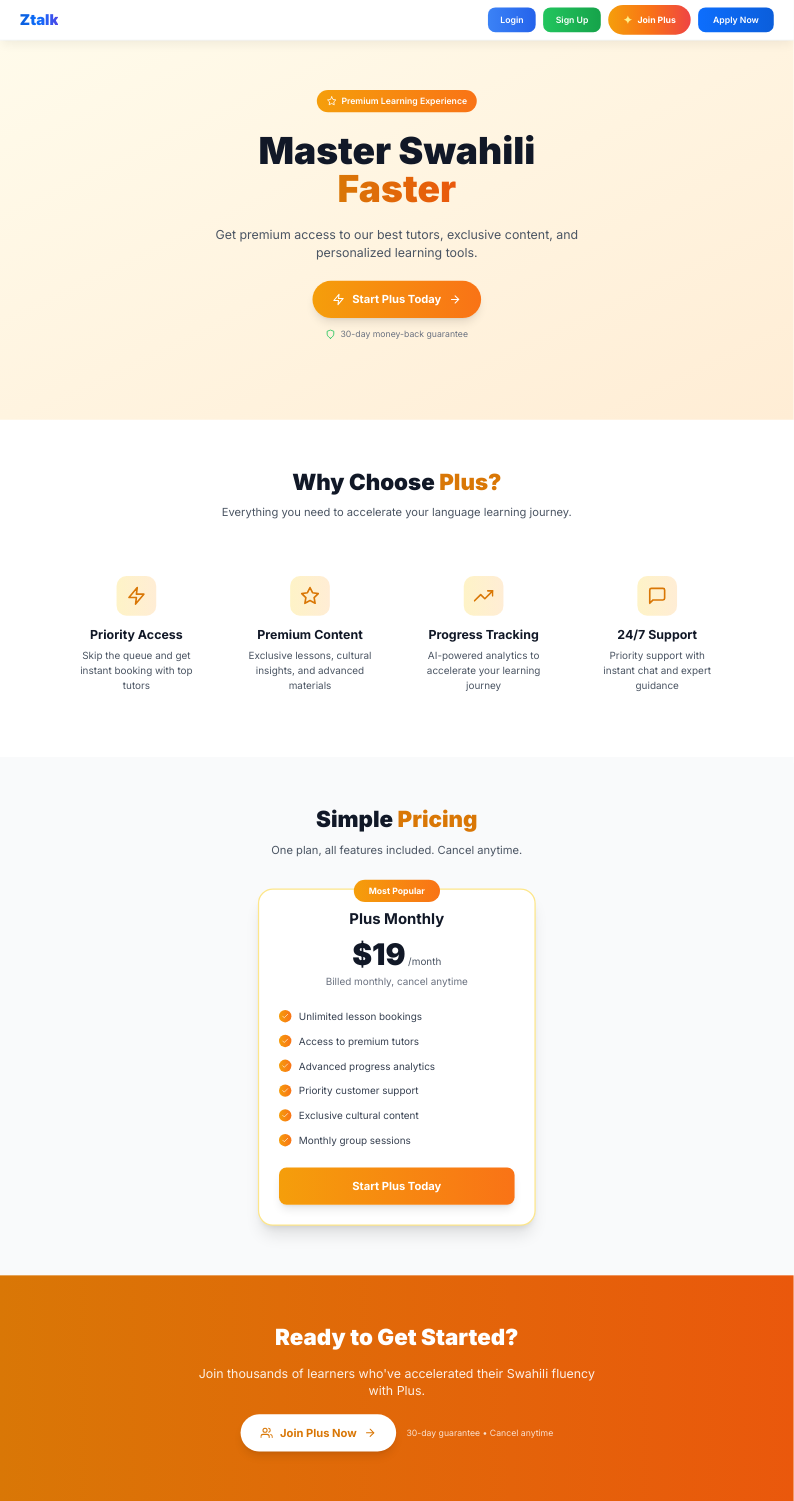
Repository: Eyub-Abdi/Ztalk
Page: /join-plus
The author's editor kept a copy of each file at every save. The page is drawn from the files as they stood at one save, then again after a run of saves.
The browser window is 1280 px wide. The pictures show the whole page, at 62% of full size.
The page's requests for data from a server got no answer. The project was rebuilt for these pictures with package versions that can differ from the ones it lists, and the page was loaded fresh each time. No one was signed in, and anything a server would have sent is missing. Also part of the build but not shown: vite.config.ts, src/pages/Terms.tsx, src/pages/Privacy.tsx, src/pages/LessonsDemo.tsx, src/pages/BecomeTeacher.tsx, src/components/Spinner.tsx, src/features/tutor-application/api/useApplicationDraft.ts, src/features/tutor-application/api/useTeachableLanguages.ts and 23 more. Imported but missing from the stored project, and not drawn on this page: src/features/lessons/api/useBookingReschedule, src/features/lessons/api/useLessons.

Above is the page before, as saved 2025-12-22 21:00:25.

### index.html
<!DOCTYPE html>
<html lang="en">
  <head>
    <meta charset="UTF-8" />
    <meta name="viewport" content="width=device-width, initial-scale=1.0" />
    <meta
      name="description"
      content="Learn Swahili with real tutors: 1-on-1 lessons, group classes, and free practice."
    />
    <meta name="theme-color" content="#0d6efd" />
    <link rel="icon" type="image/svg+xml" href="/favicon.svg" />
    <link rel="manifest" href="/site.webmanifest" />
    <link rel="preconnect" href="https://fonts.googleapis.com" />
    <link rel="preconnect" href="https://fonts.gstatic.com" crossorigin />
    <link
      href="https://fonts.googleapis.com/css2?family=Inter:wght@400;500;600;700;800;900&display=swap"
      rel="stylesheet"
    />
    <title>Ztalk – Learn Swahili Confidently</title>
  </head>
  <body>
    <div id="root"></div>
    <script type="module" src="/src/main.tsx"></script>
  </body>
</html>

### src/main.tsx
import { AuthModalProvider } from "./features/auth/AuthModalProvider";
import React from "react";
import ReactDOM from "react-dom/client";
import { QueryClientProvider } from "@tanstack/react-query";
import { BrowserRouter } from "react-router-dom";
import { App } from "./App";
import { ErrorBoundary } from "./ErrorBoundary";
import { queryClient } from "@lib/http";
import { AuthProvider } from "./features/auth/AuthProvider";
import "./index.css";

ReactDOM.createRoot(document.getElementById("root") as HTMLElement).render(
  <React.StrictMode>
    <QueryClientProvider client={queryClient}>
      <BrowserRouter>
        <AuthProvider>
          <AuthModalProvider>
            <ErrorBoundary>
              <App />
            </ErrorBoundary>
          </AuthModalProvider>
        </AuthProvider>
      </BrowserRouter>
    </QueryClientProvider>
  </React.StrictMode>
);

### src/features/auth/AuthModalProvider.tsx
import { createContext, useCallback, useContext, useState } from "react";

type AuthView = "login" | "signup";

interface AuthModalContextValue {
  isOpen: boolean;
  view: AuthView;
  openLogin: () => void;
  openSignup: () => void;
  close: () => void;
  verifiedEmail: string | null;
  setVerifiedEmail: (email: string | null) => void;
}

const AuthModalContext = createContext<AuthModalContextValue | undefined>(
  undefined
);

export function AuthModalProvider({ children }: { children: React.ReactNode }) {
  const [isOpen, setIsOpen] = useState(false);
  const [view, setView] = useState<AuthView>("login");
  const [verifiedEmail, setVerifiedEmailState] = useState<string | null>(null);

  const openLogin = useCallback(() => {
    setView("login");
    setIsOpen(true);
  }, []);
  const openSignup = useCallback(() => {
    setView("signup");
    setIsOpen(true);
  }, []);
  const close = useCallback(() => setIsOpen(false), []);
  const setVerifiedEmail = useCallback((email: string | null) => {
    setVerifiedEmailState(email);
  }, []);

  return (
    <AuthModalContext.Provider
      value={{
        isOpen,
        view,
        openLogin,
        openSignup,
        close,
        verifiedEmail,
        setVerifiedEmail,
      }}
    >
      {children}
    </AuthModalContext.Provider>
  );
}

export function useAuthModal() {
  const ctx = useContext(AuthModalContext);
  if (!ctx)
    throw new Error("useAuthModal must be used within AuthModalProvider");
  return ctx;
}

### src/lib/http.ts
import { QueryClient } from "@tanstack/react-query";
import axios from "axios";

// API base URL (includes /api as requested)
export const API_BASE_URL = "https://88c787f44fd1.ngrok-free.app/api";

export async function http<T>(
  path: string,
  options: RequestInit = {}
): Promise<T> {
  `
  `;
  try {
    const response = await axios({
      url: `${API_BASE_URL}${path}`,
      method: options.method || "GET",
      headers: {
        "Content-Type": "application/json",
        Accept: "application/json",
        // Bypass ngrok browser warning interstitial
        "ngrok-skip-browser-warning": "true",
        ...(options.headers || {}),
      },
      data: options.body,
    });
    return response.data as T;
  } catch (error: any) {
    // Basic error shape normalization
    const message =
      error.response?.data?.message ||
      JSON.stringify(error.response?.data) ||
      error.message;
    throw new Error(message);
  }
}

export const queryClient = new QueryClient();

### src/pages/JoinPlus.tsx
import { motion } from "framer-motion";
import {
  FiStar,
  FiZap,
  FiCheck,
  FiArrowRight,
  FiShield,
  FiUsers,
  FiTrendingUp,
  FiMessageSquare,
} from "react-icons/fi";

const features = [
  {
    icon: FiZap,
    title: "Priority Access",
    description: "Skip the queue and get instant booking with top tutors",
  },
  {
    icon: FiStar,
    title: "Premium Content",
    description: "Exclusive lessons, cultural insights, and advanced materials",
  },
  {
    icon: FiTrendingUp,
    title: "Progress Tracking",
    description: "AI-powered analytics to accelerate your learning journey",
  },
  {
    icon: FiMessageSquare,
    title: "24/7 Support",
    description: "Priority support with instant chat and expert guidance",
  },
];

const benefits = [
  "Unlimited lesson bookings",
  "Access to premium tutors",
  "Advanced progress analytics",
  "Priority customer support",
  "Exclusive cultural content",
  "Monthly group sessions",
];

export default function JoinPlusPage() {
  return (
    <div className="min-h-screen bg-white">
      {/* Hero Section */}
      <div className="relative pt-20 pb-32 bg-gradient-to-br from-amber-50 to-orange-100">
        <div className="container mx-auto px-4 sm:px-6 lg:px-8 max-w-6xl">
          <div className="text-center space-y-8">
            <motion.div
              initial={{ opacity: 0, y: 20 }}
              animate={{ opacity: 1, y: 0 }}
              transition={{ duration: 0.6 }}
              className="inline-flex items-center gap-2 px-4 py-2 bg-gradient-to-r from-amber-500 to-orange-500 text-white rounded-full text-sm font-semibold"
            >
              <FiStar className="w-4 h-4" />
              Premium Learning Experience
            </motion.div>

            <motion.h1
              initial={{ opacity: 0, y: 20 }}
              animate={{ opacity: 1, y: 0 }}
              transition={{ duration: 0.6, delay: 0.1 }}
              className="text-4xl md:text-6xl font-black text-gray-900 leading-tight"
            >
              Master Swahili
              <br />
              <span className="bg-gradient-to-r from-amber-600 to-orange-600 bg-clip-text text-transparent">
                Faster
              </span>
            </motion.h1>

            <motion.p
              initial={{ opacity: 0, y: 20 }}
              animate={{ opacity: 1, y: 0 }}
              transition={{ duration: 0.6, delay: 0.2 }}
              className="text-xl text-gray-600 max-w-2xl mx-auto"
            >
              Get premium access to our best tutors, exclusive content, and personalized learning tools.
            </motion.p>

            <motion.div
              initial={{ opacity: 0, y: 20 }}
              animate={{ opacity: 1, y: 0 }}
              transition={{ duration: 0.6, delay: 0.3 }}
              className="space-y-4"
            >
              <button className="px-8 py-4 text-lg font-bold text-white bg-gradient-to-r from-amber-500 to-orange-500 rounded-full hover:-translate-y-1 transform transition-all duration-300 shadow-lg flex items-center gap-3 mx-auto">
                <FiZap className="w-5 h-5" />
                Start Plus Today
                <FiArrowRight className="w-5 h-5" />
              </button>
              <p className="text-sm text-gray-500 flex items-center justify-center gap-2">
                <FiShield className="w-4 h-4 text-green-500" />
                30-day money-back guarantee
              </p>
            </motion.div>
          </div>
        </div>
      </div>

      {/* Features */}
      <div className="py-20 bg-white">
        <div className="container mx-auto px-4 sm:px-6 lg:px-8 max-w-6xl">
          <div className="text-center mb-16">
            <h2 className="text-3xl md:text-4xl font-black text-gray-900 mb-4">
              Why Choose <span className="text-amber-600">Plus?</span>
            </h2>
            <p className="text-lg text-gray-600 max-w-2xl mx-auto">
              Everything you need to accelerate your language learning journey.
            </p>
          </div>

          <div className="grid md:grid-cols-2 lg:grid-cols-4 gap-8">
            {features.map((feature, index) => {
              const Icon = feature.icon;
              return (
                <motion.div
                  key={feature.title}
                  initial={{ opacity: 0, y: 30 }}
                  whileInView={{ opacity: 1, y: 0 }}
                  transition={{ duration: 0.6, delay: index * 0.1 }}
                  viewport={{ once: true }}
                  className="text-center p-6 rounded-2xl hover:bg-gray-50 transition-colors duration-300"
                >
                  <div className="w-16 h-16 bg-gradient-to-r from-amber-100 to-orange-100 rounded-2xl flex items-center justify-center mx-auto mb-4">
                    <Icon className="w-8 h-8 text-amber-600" />
                  </div>
                  <h3 className="text-xl font-bold text-gray-900 mb-2">{feature.title}</h3>
                  <p className="text-gray-600">{feature.description}</p>
                </motion.div>
              );
            })}
          </div>
        </div>
      </div>

      {/* Pricing */}
      <div className="py-20 bg-gray-50">
        <div className="container mx-auto px-4 sm:px-6 lg:px-8 max-w-4xl">
          <div className="text-center mb-12">
            <h2 className="text-3xl md:text-4xl font-black text-gray-900 mb-4">
              Simple <span className="text-amber-600">Pricing</span>
            </h2>
            <p className="text-lg text-gray-600">
              One plan, all features included. Cancel anytime.
            </p>
          </div>

          <motion.div
            initial={{ opacity: 0, y: 30 }}
            whileInView={{ opacity: 1, y: 0 }}
            transition={{ duration: 0.6 }}
            viewport={{ once: true }}
            className="max-w-md mx-auto"
          >
            <div className="relative p-8 bg-white rounded-3xl shadow-xl border-2 border-amber-200">
              <div className="absolute -top-4 left-1/2 transform -translate-x-1/2">
                <div className="px-6 py-2 bg-gradient-to-r from-amber-500 to-orange-500 text-white text-sm font-bold rounded-full">
                  Most Popular
                </div>
              </div>

              <div className="text-center mb-8">
                <h3 className="text-2xl font-bold text-gray-900 mb-4">Plus Monthly</h3>
                <div className="flex items-baseline justify-center gap-1">
                  <span className="text-5xl font-black text-gray-900">$19</span>
                  <span className="text-gray-600">/month</span>
                </div>
                <p className="text-gray-500 mt-2">Billed monthly, cancel anytime</p>
              </div>

              <div className="space-y-4 mb-8">
                {benefits.map((benefit, index) => (
                  <div key={index} className="flex items-center gap-3">
                    <div className="w-5 h-5 bg-gradient-to-r from-amber-500 to-orange-500 rounded-full flex items-center justify-center flex-shrink-0">
                      <FiCheck className="w-3 h-3 text-white" />
                    </div>
                    <span className="text-gray-700">{benefit}</span>
                  </div>
                ))}
              </div>

              <button className="w-full py-4 text-lg font-bold text-white bg-gradient-to-r from-amber-500 to-orange-500 rounded-xl hover:-translate-y-1 transform transition-all duration-300 shadow-lg">
                Start Plus Today
              </button>
            </div>
          </motion.div>
        </div>
      </div>

      {/* CTA */}
      <div className="py-20 bg-gradient-to-r from-amber-600 to-orange-600">
        <div className="container mx-auto px-4 sm:px-6 lg:px-8 max-w-4xl">
          <div className="text-center space-y-6">
            <h2 className="text-3xl md:text-4xl font-black text-white">
              Ready to Get Started?
            </h2>
            <p className="text-xl text-white/90 max-w-2xl mx-auto">
              Join thousands of learners who've accelerated their Swahili fluency with Plus.
            </p>
            <div className="flex flex-col sm:flex-row items-center justify-center gap-4">
              <button className="px-8 py-4 text-lg font-bold text-amber-600 bg-white rounded-full hover:-translate-y-1 transform transition-all duration-300 shadow-lg flex items-center gap-3">
                <FiUsers className="w-5 h-5" />
                Join Plus Now
                <FiArrowRight className="w-5 h-5" />
              </button>
              <p className="text-white/80 text-sm">
                30-day guarantee • Cancel anytime
              </p>
            </div>
          </div>
        </div>
      </div>
    </div>
  );
}

### src/components/index.ts
export { Hero } from "./Hero";
export { Testimonials } from "./Testimonials";
export { FeaturedTutors } from "./FeaturedTutors";
export { FAQ } from "./FAQ";
export { Offers } from "./Offers";
export { Footer } from "./Footer";
export { Spinner, IOSSpinner, LoadingOverlay, ButtonSpinner } from "./Spinner";

Loaded but not shown: tailwind.config.js (64 lines, source omitted); src/features/auth/AuthModal.tsx (924 lines, source omitted); src/App.tsx (537 lines, source omitted); src/features/auth/useAuthApi.ts (514 lines, source omitted); src/components/Offers.tsx (117 lines, source omitted); src/index.css (144 lines, source omitted); src/features/auth/AuthProvider.tsx (94 lines, source omitted)

After the next 2 saves:
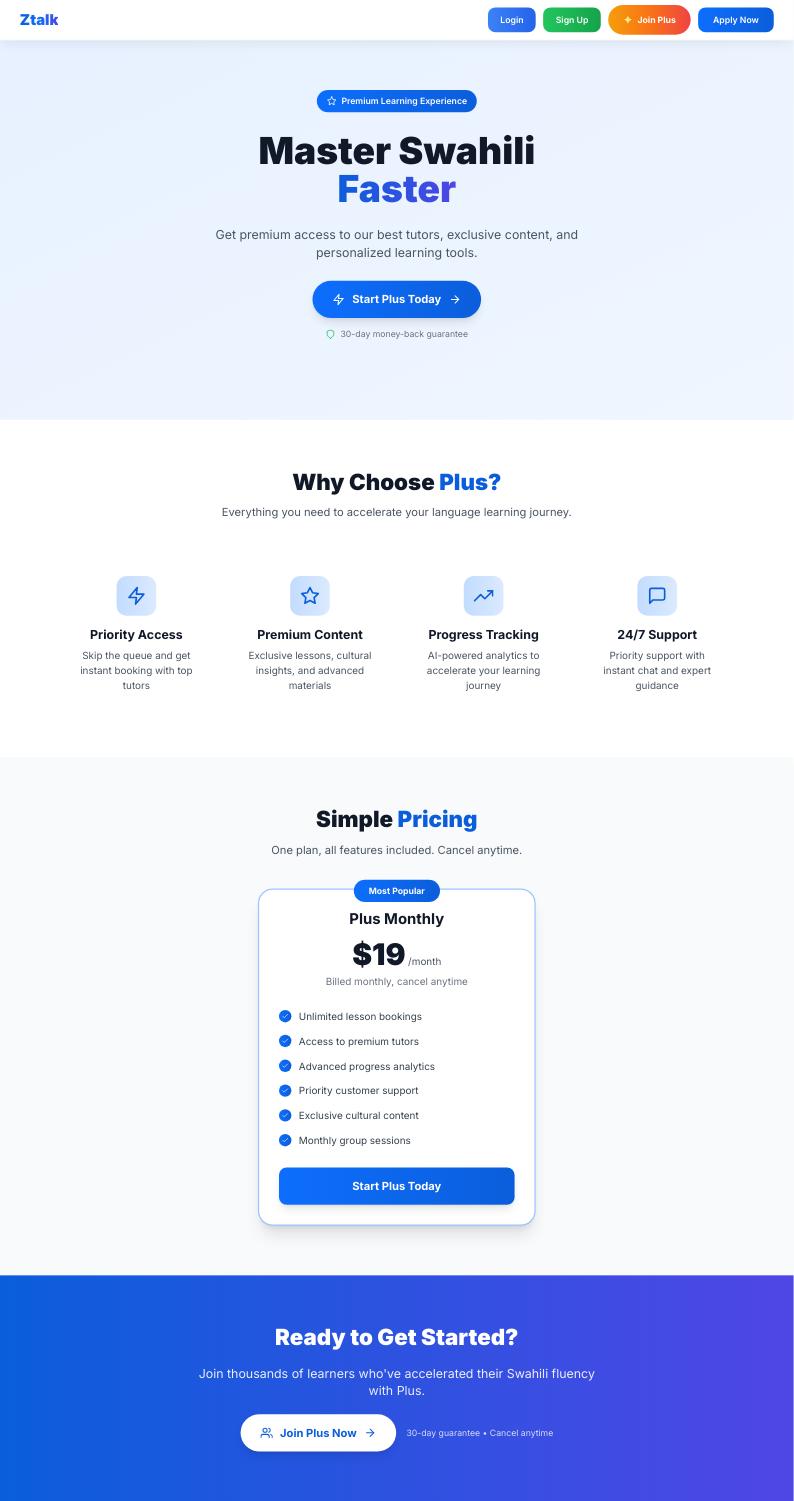
The 2 saves are shown as one change because 1 did not build or start.
The last was saved 117 s later.
--- a/src/pages/JoinPlus.tsx
+++ b/src/pages/JoinPlus.tsx
@@ -46,14 +46,14 @@ export default function JoinPlusPage() {
   return (
     <div className="min-h-screen bg-white">
       {/* Hero Section */}
-      <div className="relative pt-20 pb-32 bg-gradient-to-br from-amber-50 to-orange-100">
+      <div className="relative pt-20 pb-32 bg-gradient-to-br from-brand-50 to-blue-50">
         <div className="container mx-auto px-4 sm:px-6 lg:px-8 max-w-6xl">
           <div className="text-center space-y-8">
             <motion.div
               initial={{ opacity: 0, y: 20 }}
               animate={{ opacity: 1, y: 0 }}
               transition={{ duration: 0.6 }}
-              className="inline-flex items-center gap-2 px-4 py-2 bg-gradient-to-r from-amber-500 to-orange-500 text-white rounded-full text-sm font-semibold"
+              className="inline-flex items-center gap-2 px-4 py-2 bg-gradient-to-r from-brand-500 to-brand-600 text-white rounded-full text-sm font-semibold"
             >
               <FiStar className="w-4 h-4" />
               Premium Learning Experience
@@ -67,7 +67,7 @@ export default function JoinPlusPage() {
             >
               Master Swahili
               <br />
-              <span className="bg-gradient-to-r from-amber-600 to-orange-600 bg-clip-text text-transparent">
+              <span className="bg-gradient-to-r from-brand-600 to-indigo-600 bg-clip-text text-transparent">
                 Faster
               </span>
             </motion.h1>
@@ -87,7 +87,7 @@ export default function JoinPlusPage() {
               transition={{ duration: 0.6, delay: 0.3 }}
               className="space-y-4"
             >
-              <button className="px-8 py-4 text-lg font-bold text-white bg-gradient-to-r from-amber-500 to-orange-500 rounded-full hover:-translate-y-1 transform transition-all duration-300 shadow-lg flex items-center gap-3 mx-auto">
+                <button className="px-8 py-4 text-lg font-bold text-white bg-gradient-to-r from-brand-500 to-brand-600 rounded-full hover:-translate-y-1 transform transition-all duration-300 shadow-lg flex items-center gap-3 mx-auto">
                 <FiZap className="w-5 h-5" />
                 Start Plus Today
                 <FiArrowRight className="w-5 h-5" />
@@ -106,7 +106,7 @@ export default function JoinPlusPage() {
         <div className="container mx-auto px-4 sm:px-6 lg:px-8 max-w-6xl">
           <div className="text-center mb-16">
             <h2 className="text-3xl md:text-4xl font-black text-gray-900 mb-4">
-              Why Choose <span className="text-amber-600">Plus?</span>
+              Why Choose <span className="text-brand-600">Plus?</span>
             </h2>
             <p className="text-lg text-gray-600 max-w-2xl mx-auto">
               Everything you need to accelerate your language learning journey.
@@ -125,8 +125,8 @@ export default function JoinPlusPage() {
                   viewport={{ once: true }}
                   className="text-center p-6 rounded-2xl hover:bg-gray-50 transition-colors duration-300"
                 >
-                  <div className="w-16 h-16 bg-gradient-to-r from-amber-100 to-orange-100 rounded-2xl flex items-center justify-center mx-auto mb-4">
-                    <Icon className="w-8 h-8 text-amber-600" />
+                  <div className="w-16 h-16 bg-gradient-to-r from-brand-100 to-blue-100 rounded-2xl flex items-center justify-center mx-auto mb-4">
+                    <Icon className="w-8 h-8 text-brand-600" />
                   </div>
                   <h3 className="text-xl font-bold text-gray-900 mb-2">{feature.title}</h3>
                   <p className="text-gray-600">{feature.description}</p>
@@ -142,7 +142,7 @@ export default function JoinPlusPage() {
         <div className="container mx-auto px-4 sm:px-6 lg:px-8 max-w-4xl">
           <div className="text-center mb-12">
             <h2 className="text-3xl md:text-4xl font-black text-gray-900 mb-4">
-              Simple <span className="text-amber-600">Pricing</span>
+              Simple <span className="text-brand-600">Pricing</span>
             </h2>
             <p className="text-lg text-gray-600">
               One plan, all features included. Cancel anytime.
@@ -156,9 +156,9 @@ export default function JoinPlusPage() {
             viewport={{ once: true }}
             className="max-w-md mx-auto"
           >
-            <div className="relative p-8 bg-white rounded-3xl shadow-xl border-2 border-amber-200">
+            <div className="relative p-8 bg-white rounded-3xl shadow-xl border-2 border-brand-200">
               <div className="absolute -top-4 left-1/2 transform -translate-x-1/2">
-                <div className="px-6 py-2 bg-gradient-to-r from-amber-500 to-orange-500 text-white text-sm font-bold rounded-full">
+                <div className="px-6 py-2 bg-gradient-to-r from-brand-500 to-brand-600 text-white text-sm font-bold rounded-full">
                   Most Popular
                 </div>
               </div>
@@ -175,7 +175,7 @@ export default function JoinPlusPage() {
               <div className="space-y-4 mb-8">
                 {benefits.map((benefit, index) => (
                   <div key={index} className="flex items-center gap-3">
-                    <div className="w-5 h-5 bg-gradient-to-r from-amber-500 to-orange-500 rounded-full flex items-center justify-center flex-shrink-0">
+                    <div className="w-5 h-5 bg-gradient-to-r from-brand-500 to-brand-600 rounded-full flex items-center justify-center flex-shrink-0">
                       <FiCheck className="w-3 h-3 text-white" />
                     </div>
                     <span className="text-gray-700">{benefit}</span>
@@ -183,7 +183,7 @@ export default function JoinPlusPage() {
                 ))}
               </div>
 
-              <button className="w-full py-4 text-lg font-bold text-white bg-gradient-to-r from-amber-500 to-orange-500 rounded-xl hover:-translate-y-1 transform transition-all duration-300 shadow-lg">
+              <button className="w-full py-4 text-lg font-bold text-white bg-gradient-to-r from-brand-500 to-brand-600 rounded-xl hover:-translate-y-1 transform transition-all duration-300 shadow-lg">
                 Start Plus Today
               </button>
             </div>
@@ -192,7 +192,7 @@ export default function JoinPlusPage() {
       </div>
 
       {/* CTA */}
-      <div className="py-20 bg-gradient-to-r from-amber-600 to-orange-600">
+      <div className="py-20 bg-gradient-to-r from-brand-600 to-indigo-600">
         <div className="container mx-auto px-4 sm:px-6 lg:px-8 max-w-4xl">
           <div className="text-center space-y-6">
             <h2 className="text-3xl md:text-4xl font-black text-white">
@@ -202,7 +202,7 @@ export default function JoinPlusPage() {
               Join thousands of learners who've accelerated their Swahili fluency with Plus.
             </p>
             <div className="flex flex-col sm:flex-row items-center justify-center gap-4">
-              <button className="px-8 py-4 text-lg font-bold text-amber-600 bg-white rounded-full hover:-translate-y-1 transform transition-all duration-300 shadow-lg flex items-center gap-3">
+              <button className="px-8 py-4 text-lg font-bold text-brand-600 bg-white rounded-full hover:-translate-y-1 transform transition-all duration-300 shadow-lg flex items-center gap-3">
                 <FiUsers className="w-5 h-5" />
                 Join Plus Now
                 <FiArrowRight className="w-5 h-5" />
